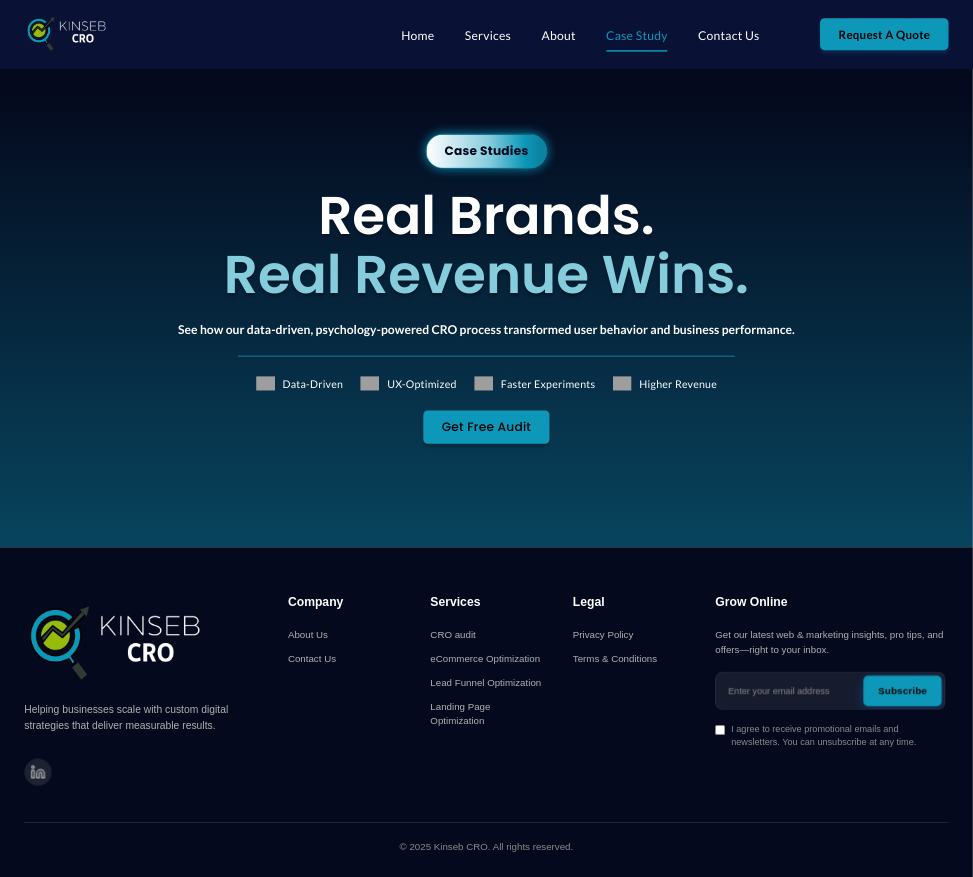
Repository: YahyaK01/kinseb
Page: /case-study
The author's editor kept a copy of each file at every save. The page is drawn from the files as they stood at one save, then again after the next save.
The browser window is 1280 px wide. The pictures show the whole page, at 76% of full size.
Pictures or frames that could not be fetched are drawn as grey boxes. The project was rebuilt for these pictures with package versions that can differ from the ones it lists, and the page was loaded fresh each time. Also part of the build but not shown: src/components/FAQ.js, src/components/CTA.js, src/components/WhyCROMatter.jsx, src/components/Processsection.jsx, src/components/Hero.jsx, src/components/marquee.jsx, src/components/CEO.jsx, src/components/Testimonia.jsx and 7 more.

Above is the page before, as saved 2025-11-26 02:27:31.

After the next save:
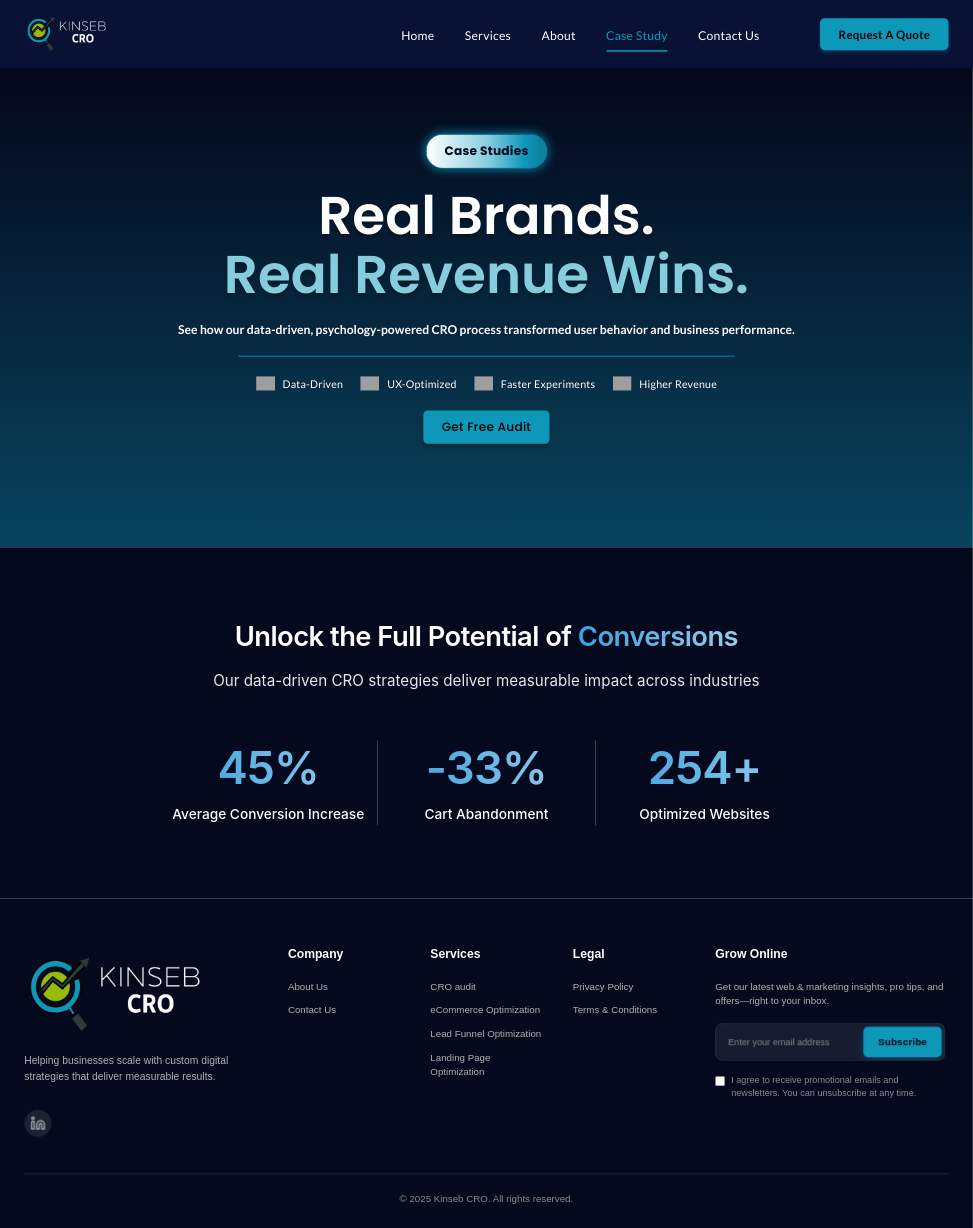
Saved 5 s later.
--- a/src/Pages/CaseStudyPage.js
+++ b/src/Pages/CaseStudyPage.js
@@ -5,6 +5,7 @@ const CaseStudyPage = () => {
   return (
     <div>
         <CROHeroSection />
+        <MetricsSection />
     </div>
   )
 }
